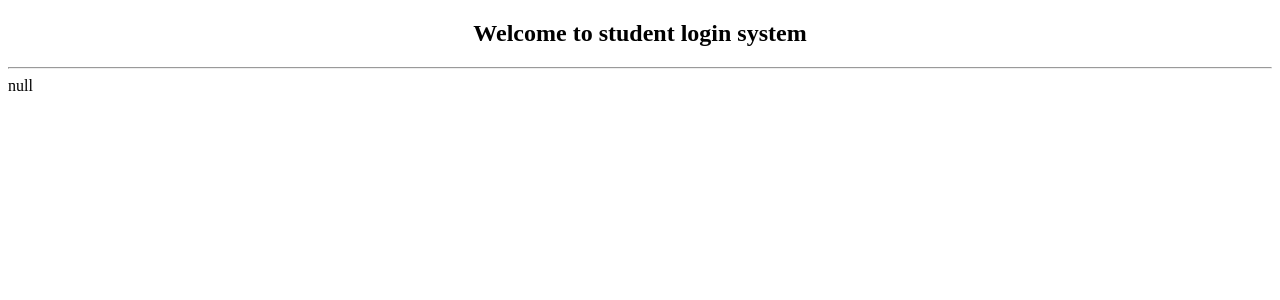
Repository: 122537067/collegePractice
Page: http://localhost/StudentManageSystem/login.jsp
An editor plug-in stored every save of this project. The page is shown before and after the next save, followed by the edit.
The browser window is 1280 px wide. The pictures show the whole page.
The page is served by Tomcat 9. Other server files are loaded and not shown.

Above is the page before, as saved 2018-03-21 08:30:35.

### J2EE/T3/StudentManageSystem/WebContent/login.jsp
<%@ page language="java" contentType="text/html; charset=UTF-8"
    pageEncoding="UTF-8"%>
<!DOCTYPE html PUBLIC "-//W3C//DTD HTML 4.01 Transitional//EN" "http://www.w3.org/TR/html4/loose.dtd">
<html>
<head>
<meta http-equiv="Content-Type" content="text/html; charset=UTF-8">
<title>Login</title>
</head>
<body>

	<h2 align="center">Welcome to student login system</h2>
	<hr/>

	<%
		request.setCharacterEncoding("utf-8"); //设置对客户端请求进行重新编码的编码
		String error = request.getParameter("error");
		if(error != null)
		{
			String error_message = "";
			if(error_message.equals("1"))
			{
				error_message = "This user isn't existing";
			}
			out.print("<div style='text-align:center;color:red;'>"+error_message+"</div>");
		}

		out.print(error);
	%>

</body>
</html>

After the next save:
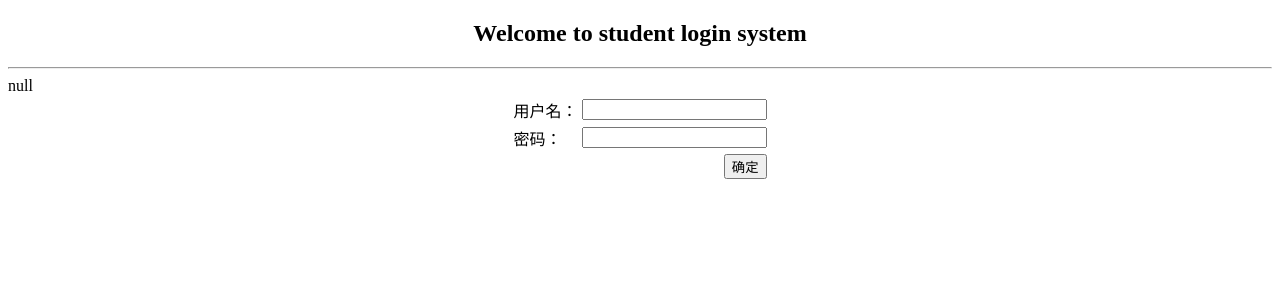
Saved 28 s later.
--- a/J2EE/T3/StudentManageSystem/WebContent/login.jsp
+++ b/J2EE/T3/StudentManageSystem/WebContent/login.jsp
@@ -27,5 +27,21 @@
 		out.print(error);
 	%>
 
+	<form method="post" action="dologin.jsp">
+	<table align="center">
+		<tr>
+			<td>用户名：</td>
+			<td><input type="text" name="username"></td>
+		</tr>
+		<tr>
+			<td>密码：</td>
+			<td><input type="password" name="pwd"></td>
+		</tr>
+		<tr>
+			<td colspan ="2" align="right"><input type="submit" value="确定"></td>
+		</tr>
+	</table>
+	</form>
+
 </body>
 </html>
